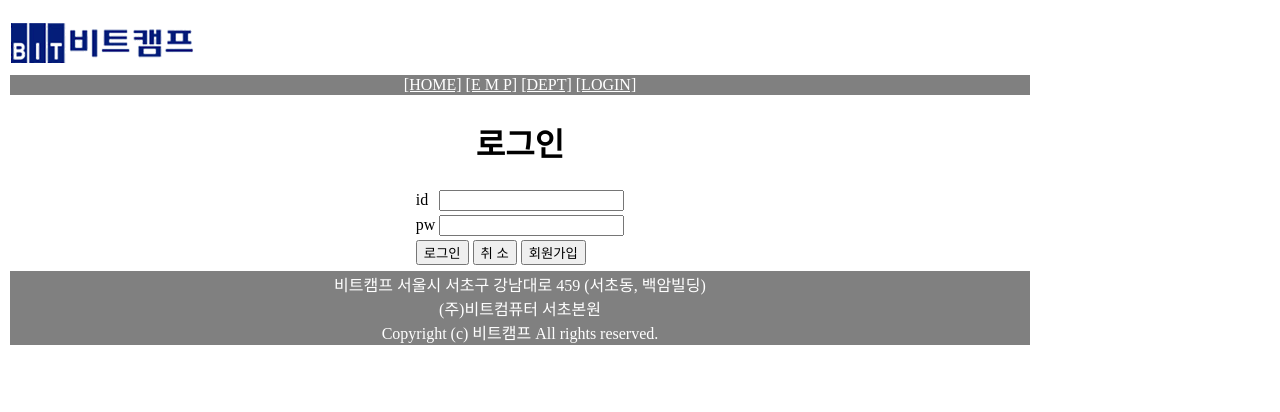
Repository: Deepsky110/LectureNotes
Page: http://localhost/web05/login/form.jsp
The author's editor kept a copy of each file at every save. The page is drawn from the files as they stood at one save, then again after the next save.
The browser window is 1280 px wide. The pictures show the whole page.
The page is served by Tomcat 9.

Above is the page before, as saved 2020-07-03 07:18:33.

### web05/WebContent/login/form.jsp
<%@ page language="java" contentType="text/html; charset=EUC-KR"
    pageEncoding="EUC-KR"%>
<!DOCTYPE html PUBLIC "-//W3C//DTD HTML 4.01 Transitional//EN" "http://www.w3.org/TR/html4/loose.dtd">
<html>
<head>
<meta http-equiv="Content-Type" content="text/html; charset=EUC-KR">
<title>Insert title here</title>
</head>
<body>
<%@ include file="../template/header.jspf" %>
<%@ include file="../template/menu.jspf" %>
	<center>
	<h1>로그인</h1>
		<form action="result.jsp" method="post">
			<table>
				<tr>
					<td>id</td>
					<td><input type="text" name="id"></td>
				</tr>
				<tr>
					<td>pw</td>
					<td><input type="password" name="pw"></td>
				</tr>
				<tr>
					<td colspan="2">
						<input type="submit" value="로그인">
						<input type="reset" value="취 소">
						<input type="button" value="회원가입">
					</td>
				</tr>
			</table>
		</form>
	</center>
<%@ include file="../template/footer.jspf" %>
</body>
</html>

### web05/WebContent/template/header.jspf
<%@ page language="java" contentType="text/html; charset=EUC-KR"
    pageEncoding="EUC-KR"%>
<%
java.sql.Connection conn = null;
java.sql.Statement stmt = null;
java.sql.ResultSet rs = null;
String driver = "oracle.jdbc.driver.OracleDriver";
String url = "jdbc:oracle:thin:@localhost:1521:xe";
String user = "scott";
String password = "tiger";
%>
<table width="1024" align="center:" bgcolor="white">
		<tr>
			<td>
			<img src="/web05/img/logo.png">
			</td>
		</tr>

### web05/WebContent/template/menu.jspf
<%@ page language="java" contentType="text/html; charset=EUC-KR"
    pageEncoding="EUC-KR"%>
		<tr>
			<td align="center" bgcolor="gray">
				<font color="white">
				<a href="/web05/index.jsp" style="color:white;">[HOME]</a>
				<a href="/web05/emp/list.jsp" style="color:white;">[E M P]</a>
				<a href="/web05/dept/list.jsp" style="color:white;">[DEPT]</a>
				<a href="/web05/login/form.jsp" style="color:white;">[LOGIN]</a>
				</font>
			</td>
		</tr>
		<tr>
			<td align="center">
				<!-- cotent start -->

### web05/WebContent/template/footer.jspf
<%@ page language="java" contentType="text/html; charset=EUC-KR"
    pageEncoding="EUC-KR"%>
				<!-- cotent end -->
			</td>
		</tr>
		<tr>
			<td bgcolor="gray" align="center">
				<font color="white">
				비트캠프 서울시 서초구 강남대로 459 (서초동, 백암빌딩)<br>
				(주)비트컴퓨터 서초본원<br>
				Copyright (c) 비트캠프 All rights reserved.<br>
				</font>
			</td>
		</tr>
	</table>

After the next save:
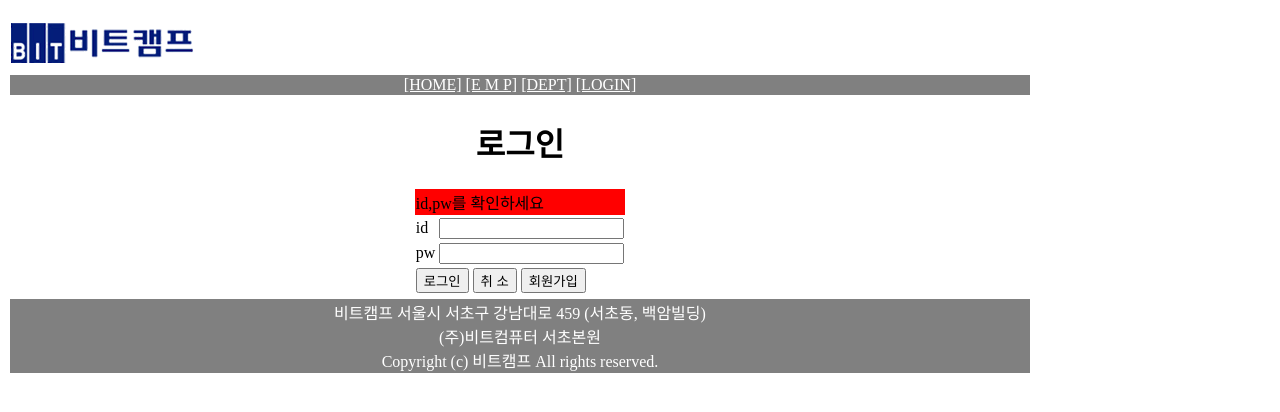
Saved 34 s later.
--- a/web05/WebContent/login/form.jsp
+++ b/web05/WebContent/login/form.jsp
@@ -13,6 +13,10 @@
 	<h1>로그인</h1>
 		<form action="result.jsp" method="post">
 			<table>
+				<% %>
+				<tr>
+					<td colspan="2" bgcolor="red">id,pw를 확인하세요</td>
+				</tr>
 				<tr>
 					<td>id</td>
 					<td><input type="text" name="id"></td>

After the 2 saves that followed:
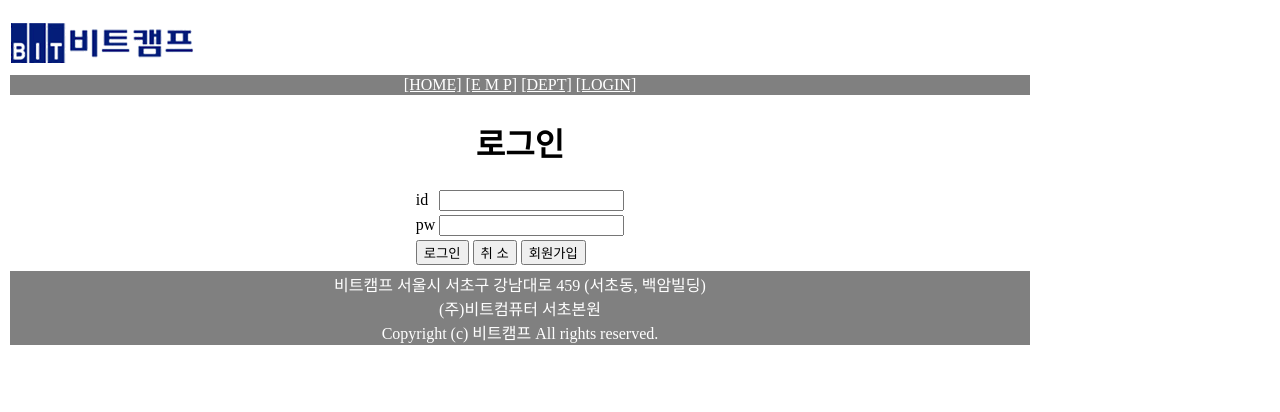
The 2 saves are shown as one change because 1 did not build or start.
The last was saved 2 min 16 s later.
--- a/web05/WebContent/login/form.jsp
+++ b/web05/WebContent/login/form.jsp
@@ -13,10 +13,16 @@
 	<h1>로그인</h1>
 		<form action="result.jsp" method="post">
 			<table>
-				<% %>
+				<%
+				String param=request.getParameter("err");
+				if(param!=null){
+				%>
 				<tr>
 					<td colspan="2" bgcolor="red">id,pw를 확인하세요</td>
 				</tr>
+				<%
+				}
+				%>
 				<tr>
 					<td>id</td>
 					<td><input type="text" name="id"></td>
